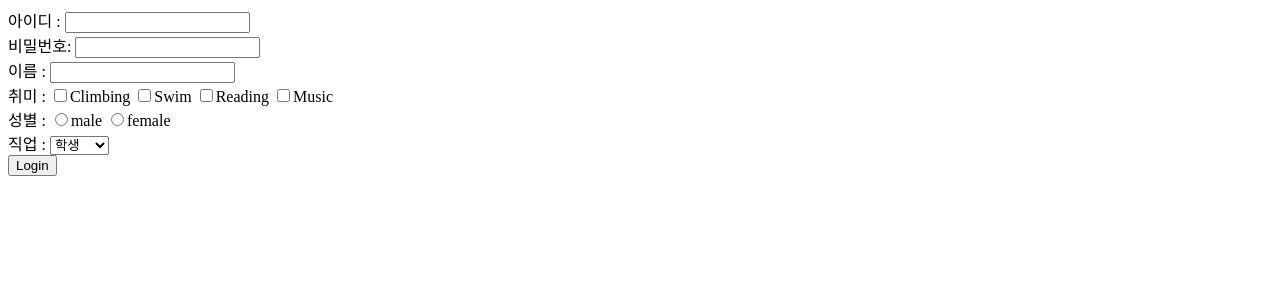
Repository: alsals126/servlet_study_2021
Page: http://localhost/ServletPrj/login_form.jsp
These files come from the project's save history. The page is drawn as it stood at one moment and after the next save; the edit follows.
The browser window is 1280 px wide. The pictures show the whole page.
The page is served by Tomcat 9. Other server files are loaded and not shown.

Above is the page before, as saved 2021-05-11 00:54:27.

### ServletPrj/WebContent/login_form.jsp
<%@ page language="java" contentType="text/html; charset=EUC-KR"
    pageEncoding="EUC-KR"%>
<!DOCTYPE html>
<html>
<head>
<meta charset="EUC-KR">
<title>Insert title here</title>
</head>
<body>
	<form method="post" action="login">
		아이디 : <input type="text" name="id"/><br>
		비밀번호: <input type="password" name="pw"/><br>
		이름 : <input type="text" name="name"/><br>
		취미 : <input type="checkbox" name="hobby" value="climbing">Climbing
		      <input type="checkbox" name="hobby" value="swim">Swim
		      <input type="checkbox" name="hobby" value="reading">Reading
		      <input type="checkbox" name="hobby" value="music">Music
		      <br>
		성별 : <input type="radio" name="gender" value="male">male
		      <input type="radio" name="gender" value="female">female
		      <br>
		직업 : <select name="job">
    			<option value="학생">학생</option>
    			<option value="공무원">공무원</option>
    			<option value="무직">무직</option>
			  </select><br>

		<button type="submit">Login</button>
	</form>
</body>
</html>

After the next save:
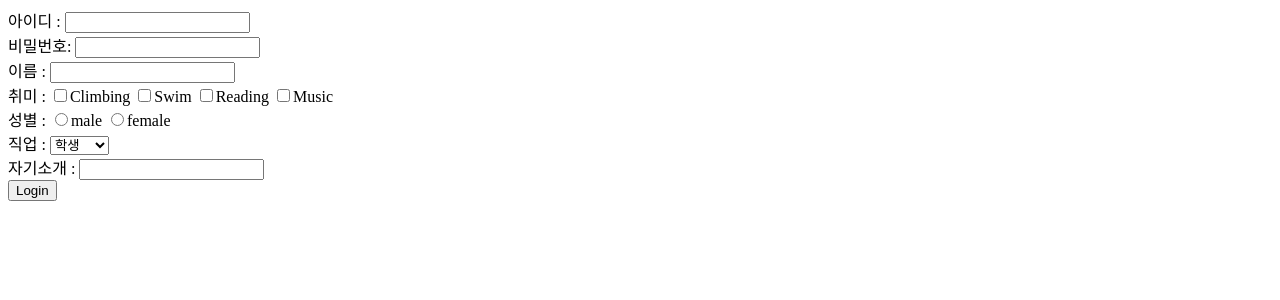
Saved 42 s later.
--- a/ServletPrj/WebContent/login_form.jsp
+++ b/ServletPrj/WebContent/login_form.jsp
@@ -24,7 +24,7 @@
     			<option value="공무원">공무원</option>
     			<option value="무직">무직</option>
 			  </select><br>
-
+		자기소개 : <input type="textarea" name="aboutMe"/><br>
 		<button type="submit">Login</button>
 	</form>
 </body>
